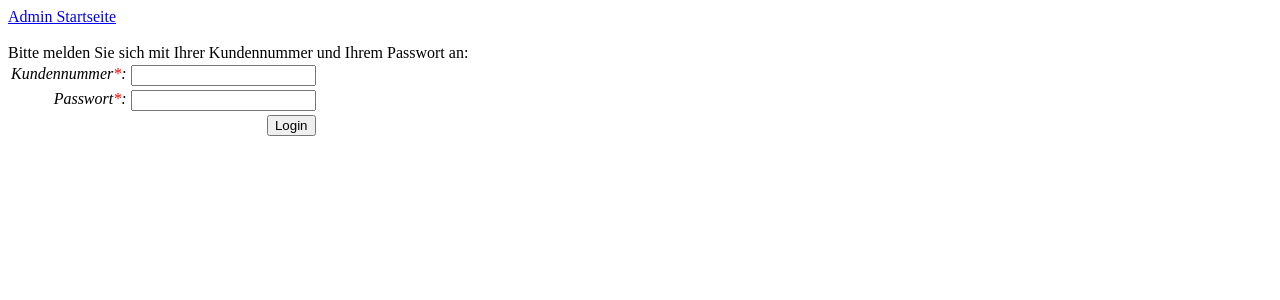
Repository: exic/VIS-Labor
Page: http://localhost/vislabor/pages/CreateCategory.jsp
The author's editor kept a copy of each file at every save. The page is drawn from the files as they stood at one save, then again after the next save.
The browser window is 1280 px wide. The pictures show the whole page.
The page is served by Tomcat 9.

Above is the page before, as saved 2011-05-15 09:07:31.

After the next save:
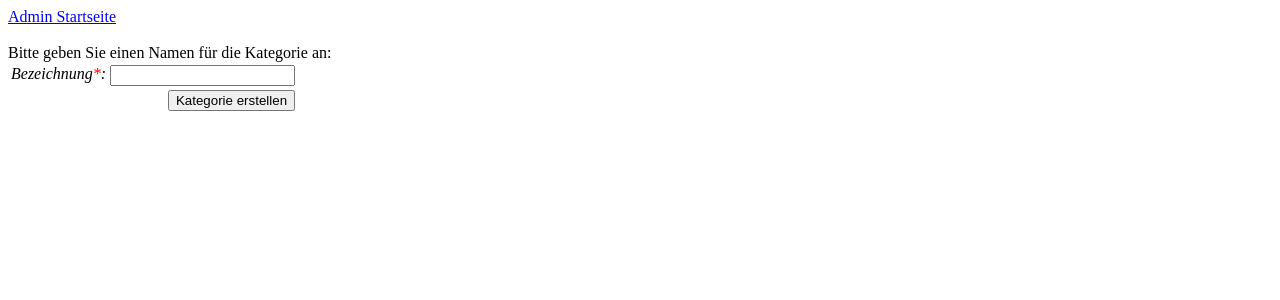
Saved 3 min 42 s later.
--- a/workspace/vislabor/WebContent/pages/CreateCategory.jsp
+++ b/workspace/vislabor/WebContent/pages/CreateCategory.jsp
@@ -12,13 +12,12 @@
 	<a href="<s:url action="forward_to_admin_start"/>">Admin Startseite</a>
 	<br /><br />
 
-	<s:text name="Bitte melden Sie sich mit Ihrer Kundennummer und Ihrem Passwort an:" />
+	<s:text name="Bitte geben Sie einen Namen für die Kategorie an:" />
 
-	<s:form action="user_login">
-		<s:textfield name="id" label="Kundennummer" size="20" required="true"/>
-		<s:password name="password" label="Passwort" size="20" required="true"/>
+	<s:form action="create_category">
+		<s:textfield name="label" label="Bezeichnung" size="20" required="true"/>
 
-		<s:submit value="Login"/>
+		<s:submit value="Kategorie erstellen"/>
 	</s:form>
 
 	 <font color="red">
